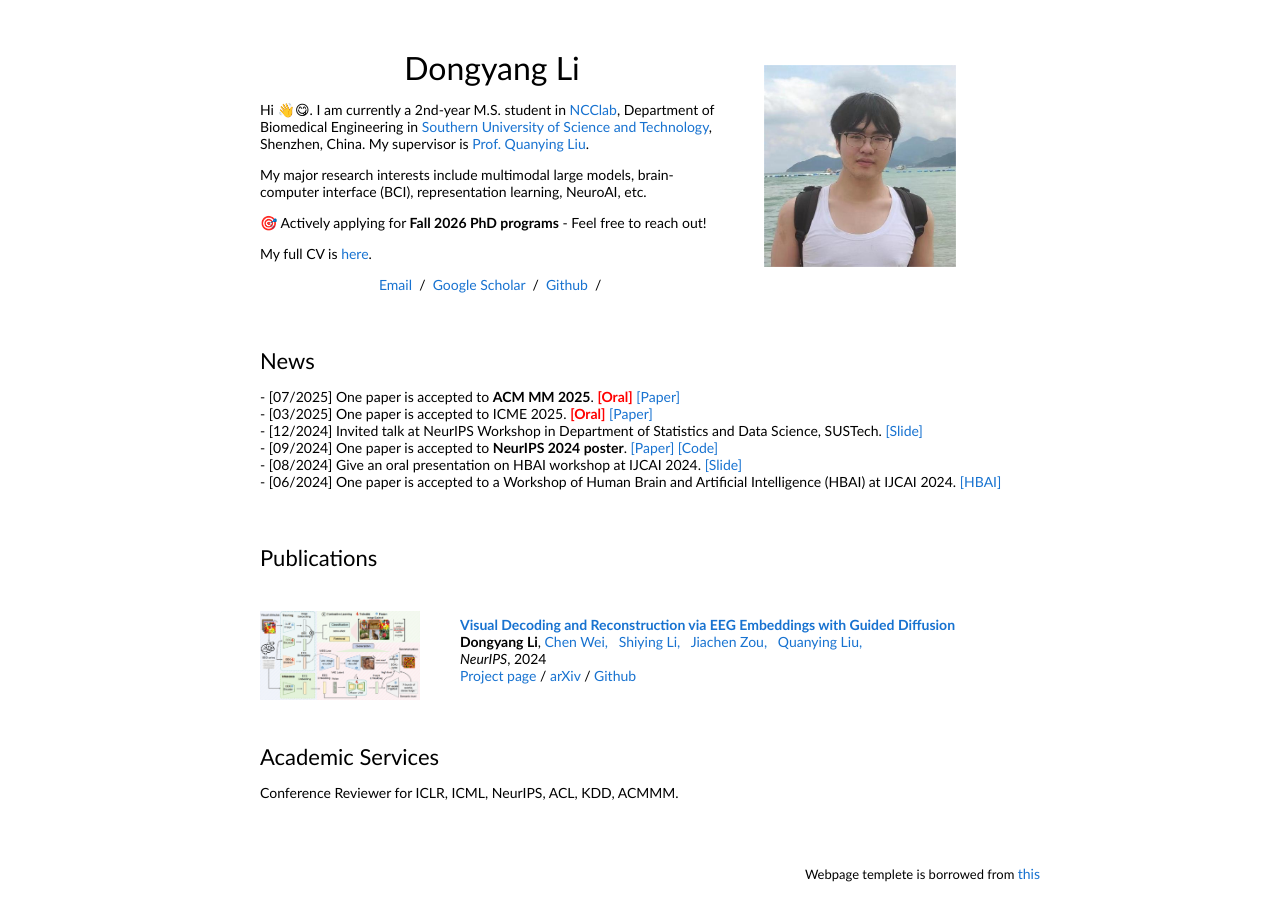
Repository: dongyangli-del/dongyangli-del.github.io
Page: index.html
The author's editor kept a copy of each file at every save. The page is drawn from the files as they stood at one save, then again after the next save.
The browser window is 1280 px wide. The pictures show the whole page.

Above is the page before, as saved 2025-07-12 20:16:06.

### index.html
<!DOCTYPE HTML>
<html lang="en">
  <head>

    <meta http-equiv="Content-Type" content="text/html; charset=UTF-8">

    <title>Dongyang Li</title>

    <meta name="author" content="Dongyang Li">
    <meta name="viewport" content="width=device-width, initial-scale=1">

    <link rel="stylesheet" type="text/css" href="stylesheet.css">
    <link rel="icon" href="data:[embedded picture, 141 characters]">
  </head>

  <body>
    <!-- <div class="content">
      <table style="width:100%;border:0px;border-spacing:0px;border-collapse:separate;margin-right:auto;margin-left:auto;"><tbody>
        <tr style="padding:0px">
          <td style="padding:2.5%;width:63%;vertical-align:middle">
            <p class="name" style="text-align: center;">
              Dongyang Li
            </p>

            </p>
            <p>

            </p>
            <p style="text-align:center">
            </p>
          </td>
          <td style="padding:2.5%;width:40%;max-width:40%">
            <a href="myassets/profile.jpg"><img style="width:100%;max-width:100%" alt="profile photo" src="myassets/profile.jpg" class="hoverZoomLink"></a>
          </td>
        </tr>
      </tbody></table>
    </div> -->
    <table style="width:100%;max-width:800px;border:0px;border-spacing:0px;border-collapse:separate;margin-right:auto;margin-left:auto;"><tbody>
      <tr style="padding:0px">
        <td style="padding:0px">
          <table style="width:100%;border:0px;border-spacing:0px;border-collapse:separate;margin-right:auto;margin-left:auto;"><tbody>
            <tr style="padding:0px">
              <td style="padding:2.5%;width:63%;vertical-align:middle">
                <p class="name" style="text-align: center;">
                  Dongyang Li
                </p>
                <p>
                  Hi 👋😋.
                  I am currently a 2nd-year M.S. student in <a href="https://www.sustech.edu.cn/zh/faculties/liuquanying.html">NCClab</a>, Department of Biomedical Engineering in <a href="https://www.sustech.edu.cn/">Southern University of Science and Technology</a>, Shenzhen, China.
                  My supervisor is <a href="https://faculty.sustech.edu.cn/?tagid=liuqy&iscss=1&snapid=1&orderby=date&go=1">Prof. Quanying Liu</a>.
                </p>
                <p>
                  My major research interests include multimodal large models, brain-computer interface (BCI), representation learning, NeuroAI, etc.
                </p>
                <p>🎯 Actively applying for <strong>Fall 2026 PhD programs</strong> - Feel free to reach out!</p>
                <p>
                  My full CV is <a href="https://dongyangli-del.github.io/files/Dongyang_Li_CV.pdf">here</a>.
                </p>
                <p style="text-align:center">
                  <a href="lidy2023@mail.sustech.edu.cn">Email</a> &nbsp;/&nbsp;
                  <a href="https://scholar.google.com/citations?user=4VTOeU4AAAAJ&hl=zh-CN&oi=ao">Google Scholar</a> &nbsp;/&nbsp;
                  <a href="https://github.com/dongyangli-del">Github</a> &nbsp;/&nbsp;
                  <!-- <a href="https://www.linkedin.com/in/yingqing-he-6b2859168/">LinkedIn</a> -->
                </p>
              </td>
              <td style="padding:2.5%;width:40%;max-width:40%">
                <a href="myassets/profile.jpg"><img style="width:75%;max-width:100%" alt="profile photo" src="myassets/profile.jpg" class="hoverZoomLink"></a>
              </td>
            </tr>
          </tbody></table>

          <table style="width:100%;border:0px;border-spacing:0px;border-collapse:separate;margin-right:auto;margin-left:auto;"><tbody>
            <tr>
            <td style="padding:20px;width:100%;vertical-align:middle">
              <h2>News</h2>
              <p>
                - [07/2025] One paper is accepted to <strong>ACM MM 2025</strong>. <span style="color: red; font-weight: bold;">[Oral]</span> <a href="https://arxiv.org/pdf/2410.23754">[Paper]</a><br>

                - [03/2025] One paper is accepted to ICME 2025. <span style="color: red; font-weight: bold;">[Oral]</span> <a href="https://arxiv.org/pdf/2410.23754">[Paper]</a><br>

                - [12/2024] Invited talk at NeurIPS Workshop in Department of Statistics and Data Science, SUSTech. <a href="https://dongyangli-del.github.io/files/DongyangLi-20241201.pdf">[Slide]</a><br>

                - [09/2024] One paper is accepted to <strong>NeurIPS 2024 poster</strong>. <a href="https://arxiv.org/abs/2403.07721">[Paper]</a> <a href="https://github.com/dongyangli-del/EEG_Image_decode">[Code]</a> <br>

                - [08/2024] Give an oral presentation on HBAI workshop at IJCAI 2024. <a href="https://dongyangli-del.github.io/files/HBAI_2024_DongyangLi.pdf">[Slide]</a><br>

                - [06/2024] One paper is accepted to a Workshop of Human Brain and Artificial Intelligence (HBAI) at IJCAI 2024. <a href="https://hbai2024.github.io/">[HBAI]</a><br>

                <!-- - [10/2024] <font style="color: #d07c22">Invited talk</font> at <a href="https://venue-tutorial.github.io/">ECCV 2024 VENUE (Recent Advances in Video Content Understanding and Generation) Tutorial</a>
                 on the topic of <i>"LLMs Meet image and video generation"</i>.
                 The slides are available at our <a href="https://github.com/YingqingHe/Awesome-LLMs-meet-Multimodal-Generation/blob/main/ECCV2024-VENUE-Tutorial-Slides-LLM-Meet-Image-and-Video-Generation.pdf">Github repo</a>.<br>
                - [08/2024] <font style="color: #d07c22">Invited talk</font> at <a href="https://hunyuan.tencent.com/">Tencent Hunyuan</a>
                 on the topic of <i>"LLMs Meet Multimodal Generation and Editing"</i><br>
                - [08/2024] 1 paper was accepted to <font style="color: #D8429E">ECCV 2024 AI4VA Workshop</font>.<br>
                - [07/2024] 1 paper was accepted to <font style="color: #D8429E">SIGGRAPH Asia 2024</font>.<br>
                - [07/2024] 1 paper was accepted to <font style="color: #D8429E">ECCV 2024</font>.<br>
                - [05/2024] We released a survey paper: <a href="https://arxiv.org/abs/2405.19334">LLMs Meet Multimodal Generation and Editing: A Survey</a>.<br>
                - [03/2024] <font style="color: #d07c22">Invited talk</font> at <a href="https://www.meituan.com/">Meituan</a> on the topic of <i>"Recent Advance of Text-to-Video Generation"</i>.<br>
                - [03/2024] 1 paper was accepted to <font style="color: #D8429E">CVPR 2024</font>.<br>
                - [02/2024] 1 paper was accepted to <font style="color: #D8429E">TVCG 2024</font>.<br>
                - [01/2024] 2 papers were accepted to <font style="color: #D8429E">ICLR 2024</font> (including 1 Spotlight paper).<br>
                - [12/2023] 1 paper was accepted to <font style="color: #D8429E">AAAI 2024</font>.<br>
                - [11/2023] Released <a href="https://arxiv.org/abs/2310.19512">VideoCrafter 1</a>.<br>
                - [08/2023] 1 paper was accepted to <font style="color: #D8429E">SIGGRAPH Asia 2023</font>.<br>
                - [06/2023] <font style="color: #d07c22">Invited talk</font> at <a href="https://sites.google.com/view/loveucvpr23/home">CVPR 2023 LOVEU Workshop</a> on the topic of <i>"Crafting Your Videos: From Unconditional to <br>
                  &nbsp; &nbsp; &nbsp;&nbsp; &nbsp; &nbsp;&nbsp; &nbsp; &nbsp;&nbsp; &nbsp; &nbsp;&nbsp; &nbsp; &nbsp;&nbsp;&nbsp;
                  Controllable Video Diffusion Models"</i>.<br>
                - [04/2023] Released <a href="https://github.com/AILab-CVC/VideoCrafter">VideoCrafter 0.9</a>.<br>
                - [08/2021] 1 paper was accepted to <font style="color: #D8429E">ACM MM 2021</font> as an <font style="color: #D8429E">Oral</font> paper.<br>  -->
              </p>
            </td>
            </tr>
          </tbody></table>
          <table style="width:100%;border:0px;border-spacing:0px;border-collapse:separate;margin-right:auto;margin-left:auto;"><tbody>

    <table style="width:100%;border:0px;border-spacing:0px;border-collapse:separate;margin-right:auto;margin-left:auto;">
      <tbody>
      <tr>
        <td style="padding:20px;width:100%;vertical-align:middle">
          <h2>Publications</h2>
          <!-- <p>
            I'm interested in computer vision, generative models, image/video generation and editing.
          </p> -->
        </td>
      </tr>
      </tbody>
    </table>
    <table style="width:100%;border:0px;border-spacing:0px;border-collapse:separate;margin-right:auto;margin-left:auto;"><tbody>


      <!-- EEG_Image_Decode -->
      <tr>
        <td style="padding:20px;width:25%;vertical-align:middle">
          <img src='myassets/EEG_Image_decode.png' width="100%">
        </td>
        <td style="padding:20px;width:75%;vertical-align:middle">
          <a href="https://github.com/dongyangli-del/EEG_Image_decode/">
            <span class="papertitle">Visual Decoding and Reconstruction via EEG Embeddings with Guided Diffusion</span>
          </a>
          <br>
          <strong>Dongyang Li</strong>,
          <font style="color: #1772d0;">Chen Wei, </font> &nbsp;
          <font style="color: #1772d0;">Shiying Li, </font> &nbsp;
          <font style="color: #1772d0;">Jiachen Zou, </font> &nbsp;
          <font style="color: #1772d0;">Quanying Liu, </font> &nbsp;
          <br>
          <em>NeurIPS</em>, 2024
          <br>
          <a href="https://dongyangli-del.github.io/EEG_Image_Decode/">Project page</a> /
          <a href="https://arxiv.org/pdf/2403.07721">arXiv</a> /
          <a href="https://github.com/dongyangli-del/EEG_Image_decode">Github</a>
          <p></p>
          <p>
          </p>
        </td>
      </tr>



    <table style="width:100%;border:0px;border-spacing:0px;border-collapse:separate;margin-right:auto;margin-left:auto;"><tbody>
      <tr>
      <td style="padding:20px;width:100%;vertical-align:middle">
        <h2>Academic Services</h2>
        <p>
          Conference Reviewer for ICLR, ICML, NeurIPS, ACL, KDD, ACMMM.<br>
          <!-- Journal Reviewer for TPAMI, IJCV, ACM Computing Surveys. -->
        </p>
      </td>
    </tr>
    </tbody></table>
    <table style="width:100%;border:0px;border-spacing:0px;border-collapse:separate;margin-right:auto;margin-left:auto;"><tbody>

    <!-- </tbody></table>
          <table width="100%" align="center" border="0" cellspacing="0" cellpadding="20"><tbody>
            <tr>
              <td>
                <h2>Miscellanea</h2>
              </td>
            </tr>
          </tbody></table>
          <table width="100%" align="center" border="0" cellpadding="20"><tbody>

            <tr>
              <td style="padding:20px;width:25%;vertical-align:middle"><img src="images/cvf.jpg"></td>
              <td width="75%" valign="center">
                <a href="https://cvpr2023.thecvf.com/Conferences/2023/Organizers">Demo Chair, CVPR 2023</a>
          <br>
                <a href="https://cvpr2022.thecvf.com/area-chairs">Area Chair, CVPR 2022</a>
                <br>
                <a href="http://cvpr2021.thecvf.com/area-chairs">Area Chair & Longuet-Higgins Award Committee Member, CVPR 2021</a>
                <br>
                <a href="http://cvpr2019.thecvf.com/area_chairs">Area Chair, CVPR 2019</a>
                <br>
                <a href="http://cvpr2018.thecvf.com/organizers/area_chairs">Area Chair, CVPR 2018</a>
              </td>
            </tr>
            <tr>
              <td style="padding:20px;width:25%;vertical-align:middle">
                <img src="images/cs188.jpg" alt="cs188">
              </td>
              <td width="75%" valign="center">
                <a href="http://inst.eecs.berkeley.edu/~cs188/sp11/announcements.html">Graduate Student Instructor, CS188 Spring 2011</a>
                <br>
                <a href="http://inst.eecs.berkeley.edu/~cs188/fa10/announcements.html">Graduate Student Instructor, CS188 Fall 2010</a>
                <br>
                <a href="http://aima.cs.berkeley.edu/">Figures, "Artificial Intelligence: A Modern Approach", 3rd Edition</a>
              </td>
            </tr>


            <tr>
              <td align="center" style="padding:20px;width:25%;vertical-align:middle">
                <h2>Basically <br> Blog Posts</h2>
              </td>
              <td width="75%" valign="middle">
                <a href="https://arxiv.org/abs/2112.11687">Squareplus: A Softplus-Like Algebraic Rectifier</a>
                <br>
                <a href="https://arxiv.org/abs/2010.09714">A Convenient Generalization of Schlick's Bias and Gain Functions</a>
                <br>
                <a href="https://arxiv.org/abs/1704.07483">Continuously Differentiable Exponential Linear Units</a>
                <br>
                <a href="https://jonbarron.info/data/cvpr2023_llm_workshop_annotated.pdf">Scholars & Big Models: How Can Academics Adapt?</a>
              </td>
            </tr>
          </tbody></table> -->


          <table style="width:100%;border:0px;border-spacing:0px;border-collapse:separate;margin-right:auto;margin-left:auto;"><tbody>
            <tr>
              <td style="padding:0px">
                <br>
                <p style="text-align:right;font-size:small;">
                  <!-- Feel free to steal this website's <a href="https://github.com/jonbarron/jonbarron_website">source code</a>. <strong>Do not</strong> scrape the HTML from this page itself, as it includes analytics tags that you do not want on your own website &mdash; use the github code instead. Also, consider using <a href="https://leonidk.com/">Leonid Keselman</a>'s <a href="https://github.com/leonidk/new_website">Jekyll fork</a> of this page. -->
                  Webpage templete is borrowed from <a href="https://github.com/jonbarron/jonbarron_website">this</a>
                </p>
              </td>
            </tr>
          </tbody></table>
        </td>
      </tr>
    </table>
  </body>
</html>

### stylesheet.css
/* latin-ext */
.content {
  width: 1000px;
  padding: 25px 50px;
  margin: 25px auto;
  background-color: white;
  box-shadow: 0px 0px 10px #999;
  border-radius: 15px;
  font-family: "Google Sans";
}

@font-face {
  font-family: 'Lato';
  font-style: italic;
  font-weight: 400;
  src: local('Lato Italic'), local('Lato-Italic'), url(https://fonts.gstatic.com/s/lato/v15/S6u8w4BMUTPHjxsAUi-qNiXg7eU0.woff2) format('woff2');
  unicode-range: U+0100-024F, U+0259, U+1E00-1EFF, U+2020, U+20A0-20AB, U+20AD-20CF, U+2113, U+2C60-2C7F, U+A720-A7FF;
}
/* latin */
@font-face {
  font-family: 'Lato';
  font-style: italic;
  font-weight: 400;
  src: local('Lato Italic'), local('Lato-Italic'), url(https://fonts.gstatic.com/s/lato/v15/S6u8w4BMUTPHjxsAXC-qNiXg7Q.woff2) format('woff2');
  unicode-range: U+0000-00FF, U+0131, U+0152-0153, U+02BB-02BC, U+02C6, U+02DA, U+02DC, U+2000-206F, U+2074, U+20AC, U+2122, U+2191, U+2193, U+2212, U+2215, U+FEFF, U+FFFD;
}
/* latin-ext */
@font-face {
  font-family: 'Lato';
  font-style: italic;
  font-weight: 700;
  src: local('Lato Bold Italic'), local('Lato-BoldItalic'), url(https://fonts.gstatic.com/s/lato/v15/S6u_w4BMUTPHjxsI5wq_FQftx9897sxZ.woff2) format('woff2');
  unicode-range: U+0100-024F, U+0259, U+1E00-1EFF, U+2020, U+20A0-20AB, U+20AD-20CF, U+2113, U+2C60-2C7F, U+A720-A7FF;
}
/* latin */
@font-face {
  font-family: 'Lato';
  font-style: italic;
  font-weight: 700;
  src: local('Lato Bold Italic'), local('Lato-BoldItalic'), url(https://fonts.gstatic.com/s/lato/v15/S6u_w4BMUTPHjxsI5wq_Gwftx9897g.woff2) format('woff2');
  unicode-range: U+0000-00FF, U+0131, U+0152-0153, U+02BB-02BC, U+02C6, U+02DA, U+02DC, U+2000-206F, U+2074, U+20AC, U+2122, U+2191, U+2193, U+2212, U+2215, U+FEFF, U+FFFD;
}
/* latin-ext */
@font-face {
  font-family: 'Lato';
  font-style: normal;
  font-weight: 400;
  src: local('Lato Regular'), local('Lato-Regular'), url(https://fonts.gstatic.com/s/lato/v15/S6uyw4BMUTPHjxAwXiWtFCfQ7A.woff2) format('woff2');
  unicode-range: U+0100-024F, U+0259, U+1E00-1EFF, U+2020, U+20A0-20AB, U+20AD-20CF, U+2113, U+2C60-2C7F, U+A720-A7FF;
}
/* latin */
@font-face {
  font-family: 'Lato';
  font-style: normal;
  font-weight: 400;
  src: local('Lato Regular'), local('Lato-Regular'), url(https://fonts.gstatic.com/s/lato/v15/S6uyw4BMUTPHjx4wXiWtFCc.woff2) format('woff2');
  unicode-range: U+0000-00FF, U+0131, U+0152-0153, U+02BB-02BC, U+02C6, U+02DA, U+02DC, U+2000-206F, U+2074, U+20AC, U+2122, U+2191, U+2193, U+2212, U+2215, U+FEFF, U+FFFD;
}
/* latin-ext */
@font-face {
  font-family: 'Lato';
  font-style: normal;
  font-weight: 700;
  src: local('Lato Bold'), local('Lato-Bold'), url(https://fonts.gstatic.com/s/lato/v15/S6u9w4BMUTPHh6UVSwaPGQ3q5d0N7w.woff2) format('woff2');
  unicode-range: U+0100-024F, U+0259, U+1E00-1EFF, U+2020, U+20A0-20AB, U+20AD-20CF, U+2113, U+2C60-2C7F, U+A720-A7FF;
}
/* latin */
@font-face {
  font-family: 'Lato';
  font-style: normal;
  font-weight: 700;
  src: local('Lato Bold'), local('Lato-Bold'), url(https://fonts.gstatic.com/s/lato/v15/S6u9w4BMUTPHh6UVSwiPGQ3q5d0.woff2) format('woff2');
  unicode-range: U+0000-00FF, U+0131, U+0152-0153, U+02BB-02BC, U+02C6, U+02DA, U+02DC, U+2000-206F, U+2074, U+20AC, U+2122, U+2191, U+2193, U+2212, U+2215, U+FEFF, U+FFFD;
}

a {
  color: #1772d0;
  text-decoration: none;
}
/* a {
  color: #761478b2;
  text-decoration: none;
} */
a:focus,
a:hover {
  color: #f09228;
  text-decoration: none;
}

body,
td,
th,
tr,
/* tr {
  border-bottom: 1px solid rgb(183, 168, 192);
} */
p,
a {
  font-family: 'Lato', Verdana, Helvetica, sans-serif;
  font-size: 14px;
}

strong {
  font-family: 'Lato', Verdana, Helvetica, sans-serif;
  font-size: 14px;
}

h2 {
  margin: 0;
  font-weight: normal;
  font-family: 'Lato', Verdana, Helvetica, sans-serif;
  font-size: 22px;
}

.papertitle {
  font-family: 'Lato', Verdana, Helvetica, sans-serif;
  font-size: 14px;
  font-weight: 700;
}

.name {
  padding-top: 20px;
  margin: 0;
  font-family: 'Lato', Verdana, Helvetica, sans-serif;
  font-size: 32px;
}

.one {
  width: 200px;
  height: 200px;
  position: relative;

}

.two {
  width: 200px;
  height: 200px;
  position: absolute;
  transition: opacity .2s ease-in-out;
  -moz-transition: opacity .2s ease-in-out;
  -webkit-transition: opacity .2s ease-in-out;
}

.fade {
  transition: opacity .2s ease-in-out;
  -moz-transition: opacity .2s ease-in-out;
  -webkit-transition: opacity .2s ease-in-out;
}

span.highlight {
  background-color: #ffffd0;
}

After the next save:
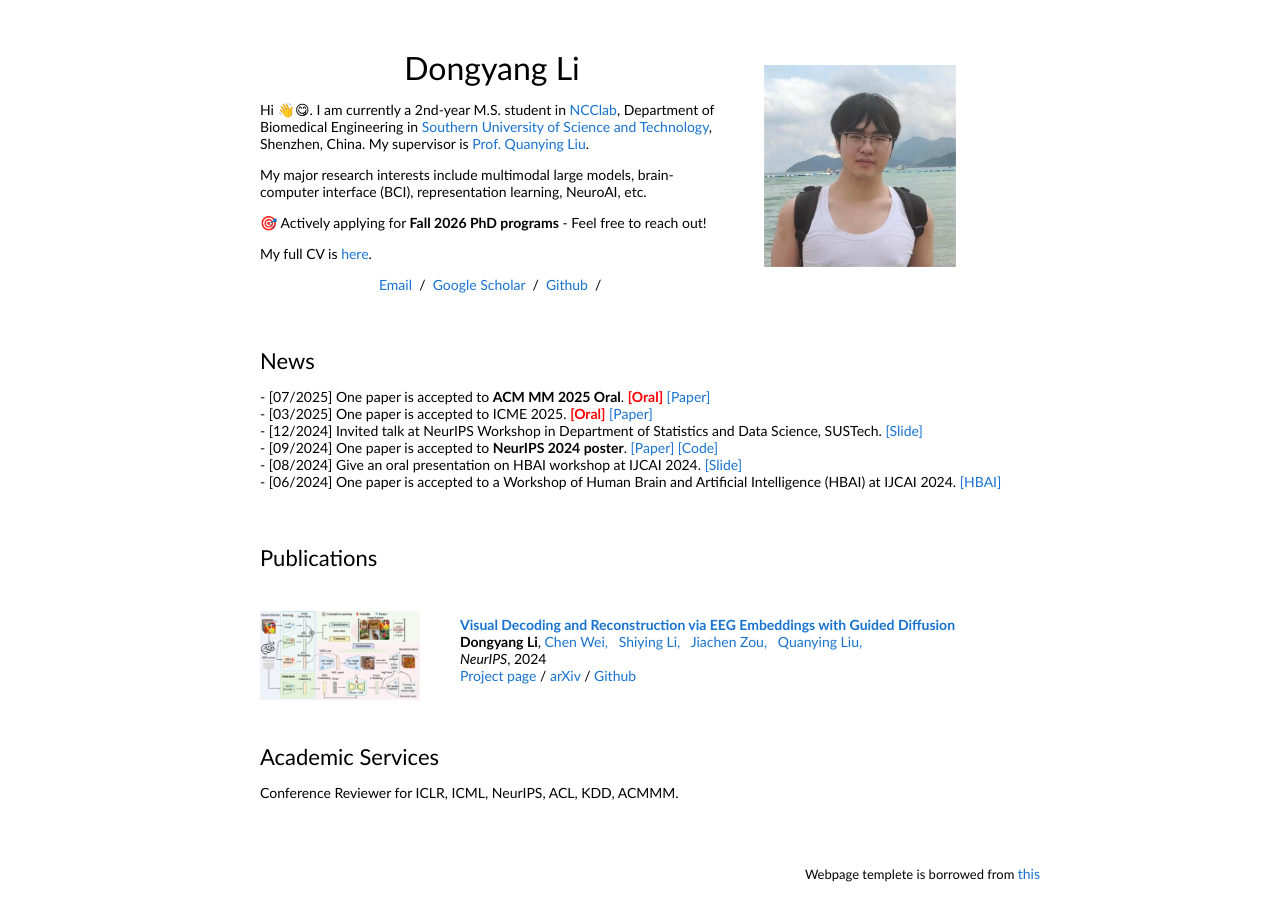
Saved 13 s later.
--- a/index.html
+++ b/index.html
@@ -74,7 +74,7 @@
             <td style="padding:20px;width:100%;vertical-align:middle">
               <h2>News</h2>
               <p>
-                - [07/2025] One paper is accepted to <strong>ACM MM 2025</strong>. <span style="color: red; font-weight: bold;">[Oral]</span> <a href="https://arxiv.org/pdf/2410.23754">[Paper]</a><br>
+                - [07/2025] One paper is accepted to <strong>ACM MM 2025 Oral</strong>. <span style="color: red; font-weight: bold;">[Oral]</span> <a href="https://arxiv.org/pdf/2410.23754">[Paper]</a><br>
 
                 - [03/2025] One paper is accepted to ICME 2025. <span style="color: red; font-weight: bold;">[Oral]</span> <a href="https://arxiv.org/pdf/2410.23754">[Paper]</a><br>
 
